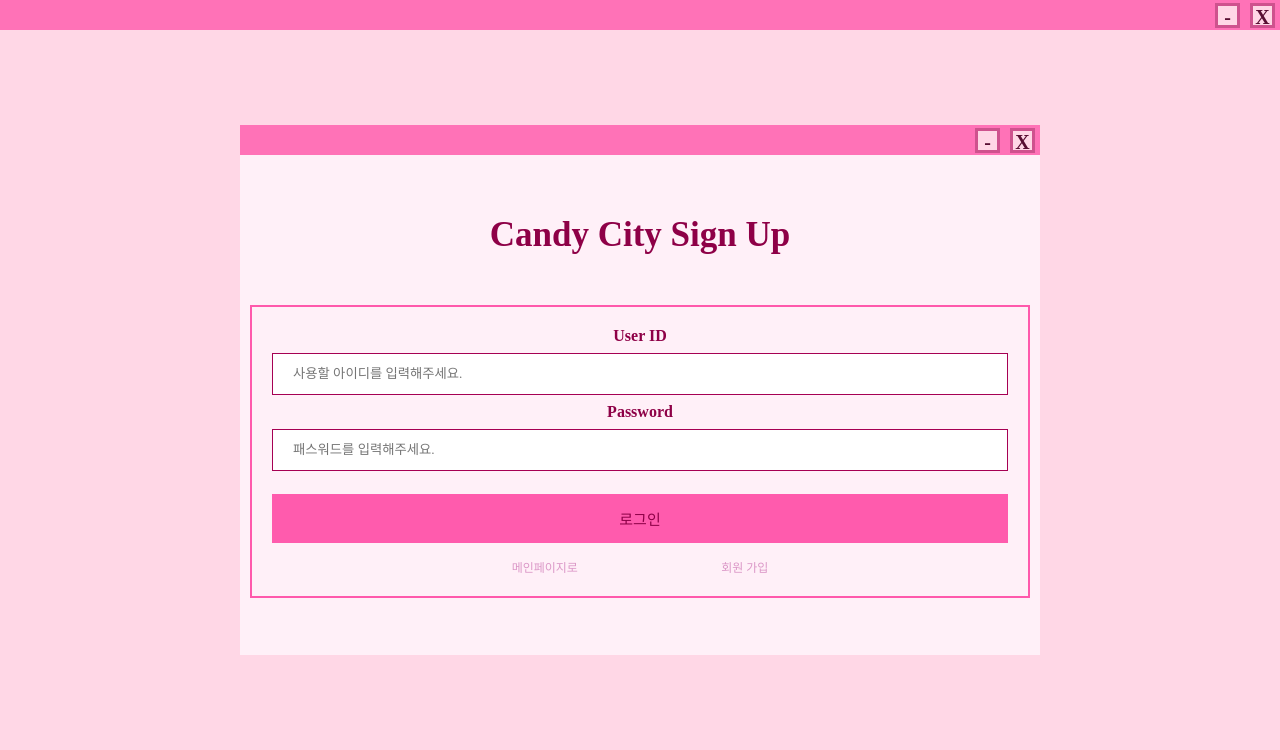
Repository: chanbiM/candyCityProject
Page: http://localhost/CandyCityProj/member/insertMember.jsp
These files come from the project's save history. The page is drawn as it stood at one moment and after the next save; the edit follows.
The browser window is 1280 px wide. The pictures show the whole page.
Some web fonts or font styles are not loaded; a fallback is used. The page is served by Tomcat 9.

Above is the page before, as saved 2022-11-11 05:05:30.

After the next save:
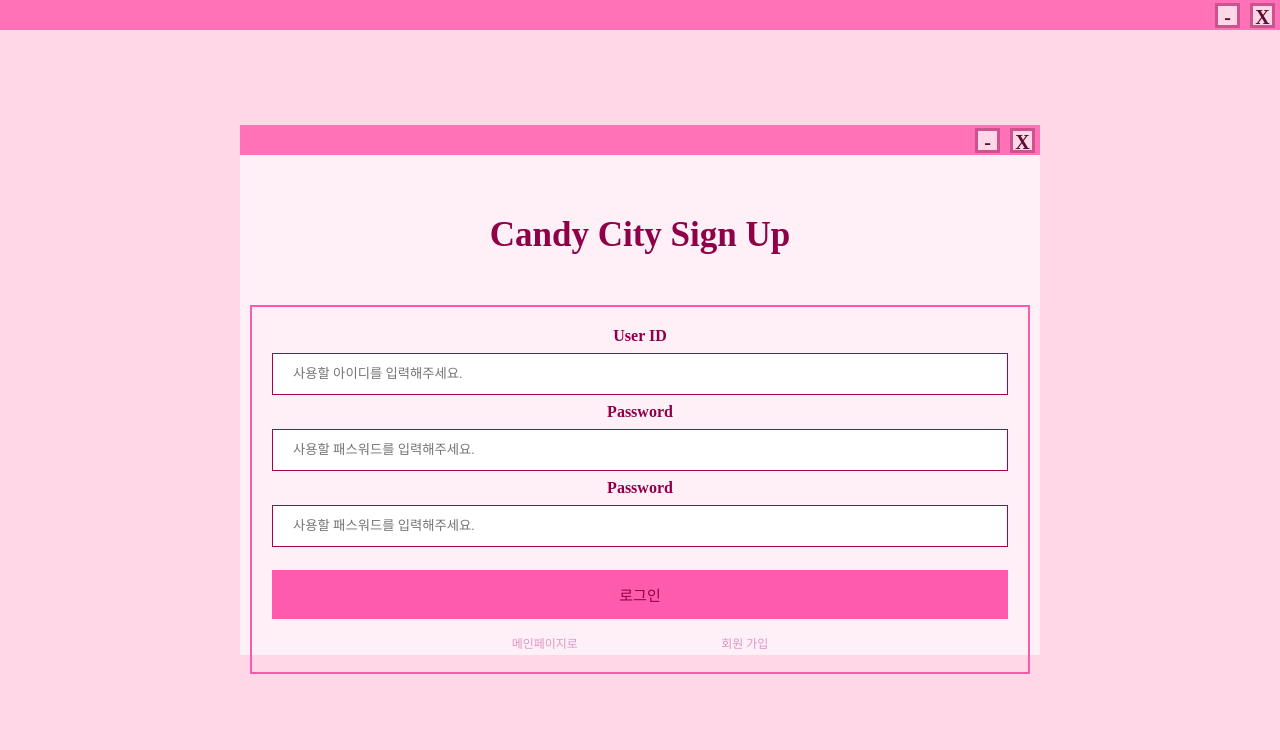
Saved 46 s later.
--- a/CandyCityProj/WebContent/member/insertMember.jsp
+++ b/CandyCityProj/WebContent/member/insertMember.jsp
@@ -1,5 +1,5 @@
 <%@ page language="java" contentType="text/html; charset=UTF-8"
-    pageEncoding="UTF-8"%>
+	pageEncoding="UTF-8"%>
 <!DOCTYPE html>
 <html>
 <head>
@@ -27,11 +27,13 @@
 
 				<div class="login_center">
 					<label><b>User ID</b></label> <input type="text"
-						placeholder="사용할 아이디를 입력해주세요." name="id">
+						placeholder="사용할 아이디를 입력해주세요." name="id"></label>
 
+						<label><b>Password</b>
+						<input type="password" placeholder="사용할 패스워드를 입력해주세요." name="pwd"></label>
 					<label><b>Password</b> <input type="password"
-						placeholder="패스워드를 입력해주세요." name="pwd"></label>
-					<input type="submit" value="로그인">
+						placeholder="사용할 패스워드를 입력해주세요." name="pwd"></label> <input
+						type="submit" value="로그인">
 
 					<ul>
 						<li><a href="../index.jsp"> 메인페이지로 </a></li>
